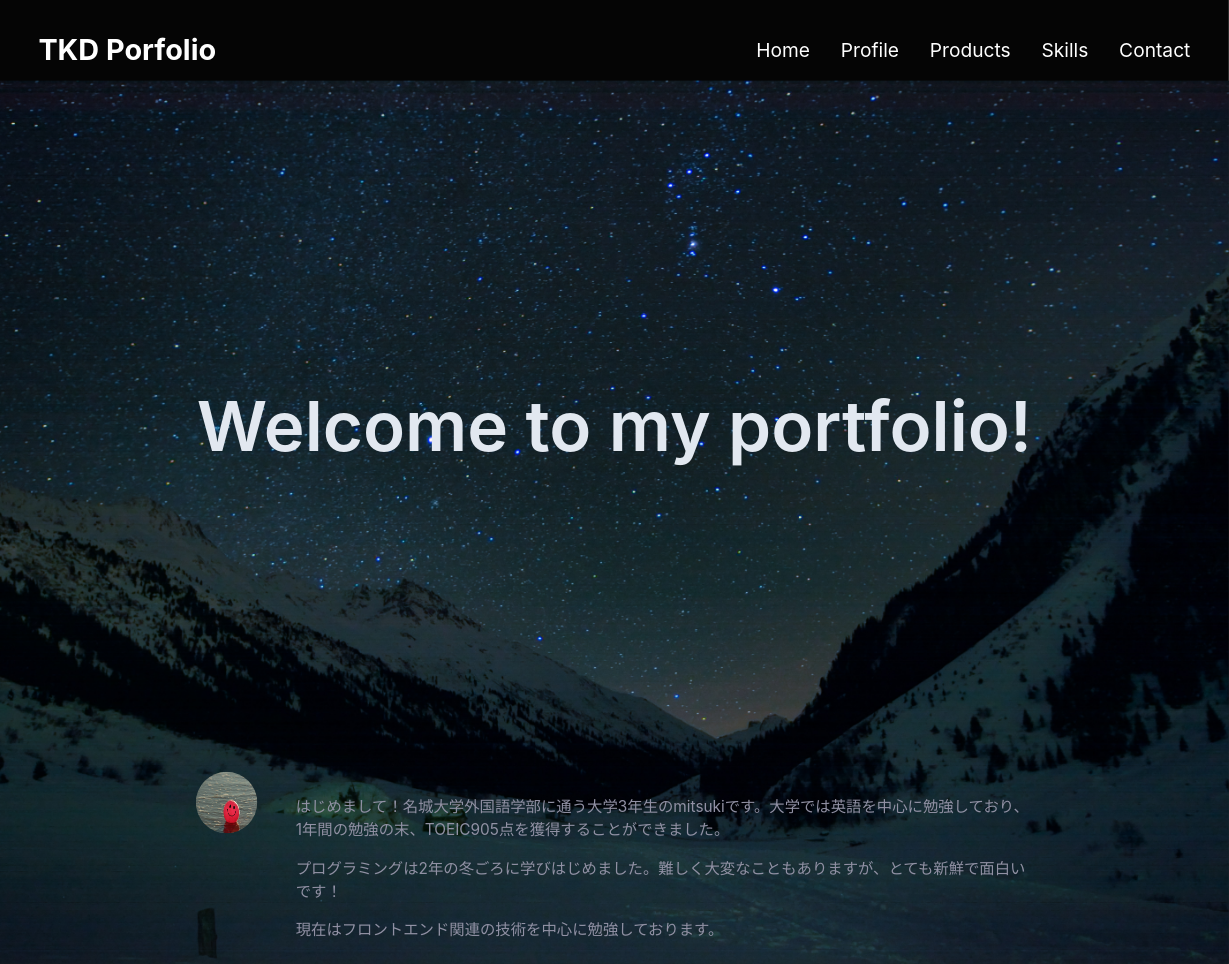
Repository: MitukiTakada/todo-aplication
Page: / (app in design/dev/react-tailwind/react-tailwind/)
An editor plug-in stored every save of this project. The page is shown before and after the next save, followed by the edit.
The browser window is 1280 px wide. The pictures show the whole page, at 96% of full size.
The project was rebuilt for these pictures with package versions that can differ from the ones it lists, and the page was loaded fresh each time. Also part of the build but not shown: design/dev/react-tailwind/react-tailwind/src/components/Contact.jsx, design/dev/react-tailwind/react-tailwind/src/components/Products.jsx, design/dev/react-tailwind/react-tailwind/src/components/Profile.jsx, design/dev/react-tailwind/react-tailwind/src/components/Skills.jsx.

Above is the page before, as saved 2022-11-19 14:59:23.

### design/dev/react-tailwind/react-tailwind/public/index.html
<!DOCTYPE html>
<html lang="en">
  <head>
    <meta charset="utf-8" />
    <link rel="icon" href="%PUBLIC_URL%/favicon.ico" />
    <meta name="viewport" content="width=device-width, initial-scale=1" />
    <meta name="theme-color" content="#000000" />
    <meta
      name="description"
      content="Web site created using create-react-app"
    />
    <link rel="apple-touch-icon" href="%PUBLIC_URL%/logo192.png" />
    <link rel ="stylesheet" href="https://cdnjs.cloudflare.com/ajax/libs/font-awesome/5.15.3/css/all.min.css">
    <!--
      manifest.json provides metadata used when your web app is installed on a
      user's mobile device or desktop. See https://developers.google.com/web/fundamentals/web-app-manifest/
    -->
    <link rel="manifest" href="%PUBLIC_URL%/manifest.json" />
    <!--
      Notice the use of %PUBLIC_URL% in the tags above.
      It will be replaced with the URL of the `public` folder during the build.
      Only files inside the `public` folder can be referenced from the HTML.

      Unlike "/favicon.ico" or "favicon.ico", "%PUBLIC_URL%/favicon.ico" will
      work correctly both with client-side routing and a non-root public URL.
      Learn how to configure a non-root public URL by running `npm run build`.
    -->
    <title>React App</title>
  </head>
  <body>
    <noscript>You need to enable JavaScript to run this app.</noscript>
    <div id="root"></div>
    <!--
      This HTML file is a template.
      If you open it directly in the browser, you will see an empty page.

      You can add webfonts, meta tags, or analytics to this file.
      The build step will place the bundled scripts into the <body> tag.

      To begin the development, run `npm start` or `yarn start`.
      To create a production bundle, use `npm run build` or `yarn build`.
    -->
  </body>
</html>

### design/dev/react-tailwind/react-tailwind/src/index.jsx
import React from 'react';
import ReactDOM from 'react-dom/client';
import './index.css';
import App from './App';
import reportWebVitals from './reportWebVitals';
import { BrowserRouter } from 'react-router-dom';
import { ChakraProvider } from '@chakra-ui/provider';

const root = ReactDOM.createRoot(document.getElementById('root'));
root.render(
  <React.StrictMode>
    <BrowserRouter>
        <ChakraProvider>
          <App />
        </ChakraProvider>
    </BrowserRouter>
  </React.StrictMode>
);

// If you want to start measuring performance in your app, pass a function
// to log results (for example: reportWebVitals(console.log))
// or send to an analytics endpoint. Learn more: https://bit.ly/CRA-vitals
reportWebVitals();

### design/dev/react-tailwind/react-tailwind/src/App.jsx
import { BrowserRouter, Routes, Route } from "react-router-dom";
import Contact from "./components/Contact";
import Header from "./components/Header";
import Home from "./components/Home";
import Products from "./components/Products";
import Profile from "./components/Profile";
import Skills from "./components/Skills";


function App() {
  return (
    <div className=" bg-body  text-white w-full sm:px-0 pt-5">
     <Header />
      <Routes>
        <Route path="/" element={<Home />}/>
        <Route path="/prfole" element={<Profile />}/>
        <Route path="products" element={<Products />}/>
        <Route path="/skills" element={<Skills />}/>
        <Route path="/contact" element={<Contact />}/>
      </Routes>
    </div>
  );
}

export default App;

### design/dev/react-tailwind/react-tailwind/src/components/Header.jsx
import React from 'react'
import { Link } from 'react-router-dom'
import "./output.css"
import Hamburger from './atoms/Hamburger'

const Header = () => {
  return (
    <header className="container flex justify-between  w-full items-center mr-0 relative h-16 px-10">
      <div>
        <h2 className="text-2xl font-bold md:text-3xl">TKD Porfolio</h2>
      </div>
      <nav className="flex space-x-8 text-xl ml-8 items-center hidden md:block">
        <Link to={"/"} className="link">Home</Link>
        <Link to={"/profile"} className="link">Profile</Link>
        <Link to={"/products"} className="link">Products</Link>
        <Link to={"/skills"} className="link">Skills</Link>
        <Link to={"/contact"} className="link">Contact</Link>
      </nav>
      <Hamburger className="md:hidden absolute right-3"/>
    </header>
  )
}

export default Header

### design/dev/react-tailwind/react-tailwind/src/components/Home.jsx
import React from 'react'
import mainImage from "../images/main-image.jpeg"
import "./Home.css";
import userImage from "../images/user.jpg"

const Home = () => {
  return (
    <div className="home ">
      <div className="items-center ">
        <h1 className=" font-semibold text-3xl 100v text-center text-slate-200 lg:text-7xl md:text-5xl">Welcome to my portfolio!</h1>
      </div>
      <div className="flex mx-auto px-24 space-x-10 justify-center">
        <img src={userImage} alt="" className="h-16 w-16 rounded-full"/>
        <div className="space-y-4 section-paragraph">
          <p>
            はじめまして！名城大学外国語学部に通う大学3年生のmitsukiです。大学では英語を中心に勉強しており、1年間の勉強の末、TOEIC905点を獲得することができました。
          </p>
          <p>
            プログラミングは2年の冬ごろに学びはじめました。難しく大変なこともありますが、とても新鮮で面白いです！
          </p>
          <p>
            現在はフロントエンド関連の技術を中心に勉強しております。
          </p>
          </div>
      </div>
    </div>
  )
}

export default Home

### design/dev/react-tailwind/react-tailwind/src/components/output.css
.link {
  @apply hover:text-purple-400 transition-all duration-300;
}
.drawer-link {
  @apply hover:text-purple-400 transition-all duration-300 text-xl block text-center my-3;
}
.contact-btn {
  @apply bg-purple-500 font-bold text-xl px-3 py-2 rounded border-none hover:bg-purple-800 duration-300 transition-all mt-10
}
.secondary-title {
  @apply text-3xl font-bold;
}
.secondary-title::before {
  content: "";
  @apply block w-12 h-2 bg-purple-400 rounded-full mb-1;
}

.section-paragraph {
  @apply text-secondary my-6 w-full max-w-3xl
}

.badge {
  @apply px-4 py-2 text-sm rounded bg-badge block
}

.send-btn {
  @apply bg-teal-400 font-bold text-xl px-3 py-2 rounded border-none hover:bg-teal-600 duration-300 transition-all mt-10
}

### design/dev/react-tailwind/react-tailwind/src/components/atoms/Hamburger.jsx
import React from 'react'
import {
  Drawer,
  DrawerBody,
  DrawerOverlay,
  DrawerContent,
  DrawerCloseButton,
  useDisclosure,
  Button
} from '@chakra-ui/react'
import { Link } from 'react-router-dom';
import { HamburgerIcon } from '@chakra-ui/icons';

const Hamburger = () => {
  const { isOpen, onOpen, onClose } = useDisclosure()
  return (
    <div className="md:hidden">
        <HamburgerIcon h={30} w={30} className="hover:text-purple-400 duration-300 transition-all cursor-pointer"
        onClick={onOpen}
        />
        <Drawer isOpen={isOpen} onClose={onClose} placement="left" size="xs">
          <DrawerOverlay>
            <DrawerContent>
              <DrawerBody className="w-2/5 bg-slate-200 h-full p-12">
                <div className="z-20 space-y-5 text-xl">
                  <Link to={"/"} className="link drawer-link">Home</Link>
                  <Link to={"/profile"} className="link drawer-link">Profile</Link>
                  <Link to={"/products"} className="link drawer-link">Products</Link>
                  <Link to={"/skills"} className="link drawer-link">Skills</Link>
                  <Link to={"/contact"} className="link drawer-link">Contact</Link>
                  <DrawerCloseButton className="text-white text-md  p-2 rounded mt-15 mx-auto bg-red-400 transition-all duration-300 hover:bg-red-700 ">閉じる</DrawerCloseButton>
                </div>
              </DrawerBody>
            </DrawerContent>
          </DrawerOverlay>
        </Drawer>
      </div>
  )
}

export default Hamburger

### design/dev/react-tailwind/react-tailwind/src/components/Home.css
.home {
  background-image: url(../images/mountain.jpeg);
  background-position: center;
  background-size: cover;
  height: 100%;
  width: 100%;
}

.home h1 {
  line-height: 100vh;
  align-items: center;
}

### design/dev/react-tailwind/react-tailwind/tailwind.config.js
/** @type {import('tailwindcss').Config} */
module.exports = {
  content: [
    "./src/**/*.{js,jsx,ts,tsx}",
  ],
  theme: {
    extend: {

      colors: {
        body: "#050505",
        secondary: "#9191A4",
        badge: "#3F3F51"
      },
      lineHeight: {
        "100v": "100vh"
      }
    },
  },
  plugins: [],
}

Loaded but not shown: design/dev/react-tailwind/react-tailwind/src/index.css (common file); design/dev/react-tailwind/react-tailwind/src/reportWebVitals.js (common file)

After the next save:
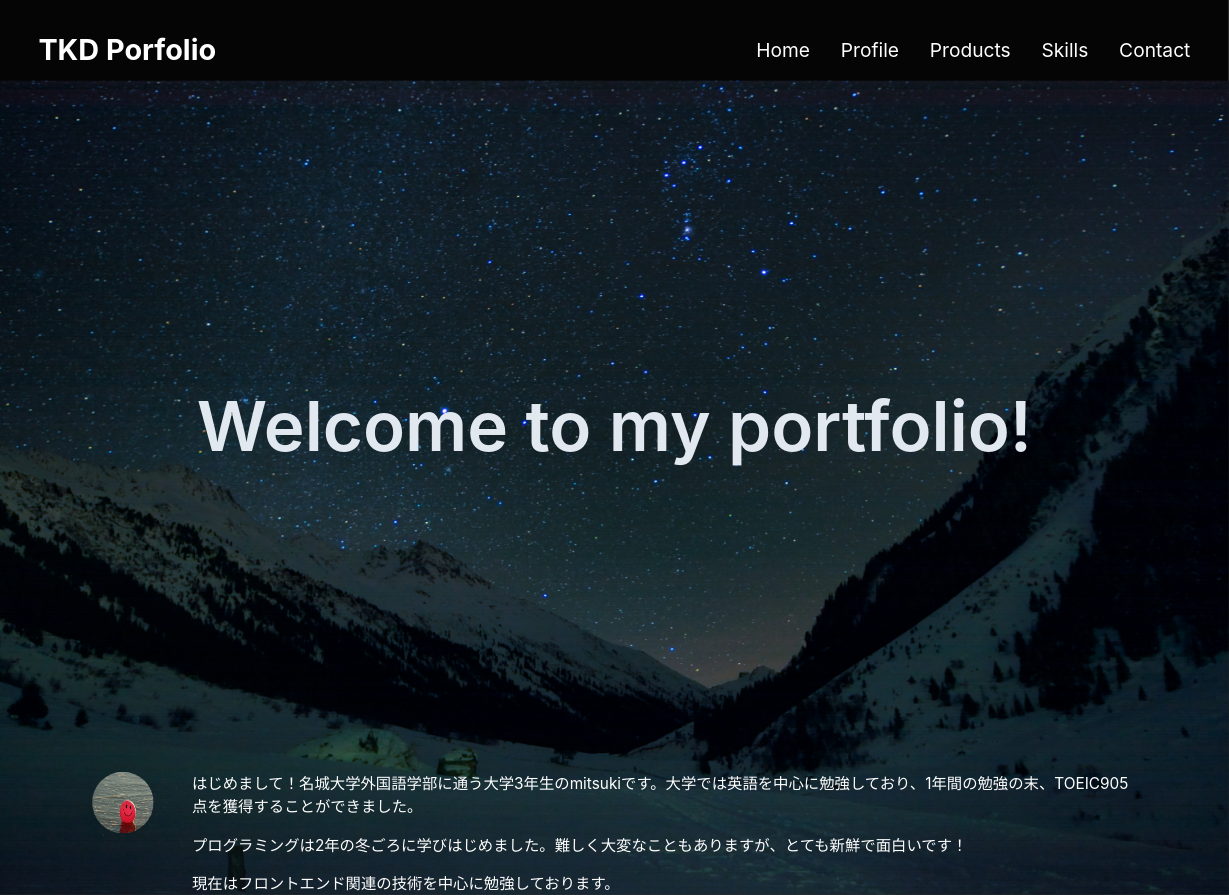
Saved 14 s later.
--- a/design/dev/react-tailwind/react-tailwind/src/components/Home.jsx
+++ b/design/dev/react-tailwind/react-tailwind/src/components/Home.jsx
@@ -11,7 +11,7 @@ const Home = () => {
       </div>
       <div className="flex mx-auto px-24 space-x-10 justify-center">
         <img src={userImage} alt="" className="h-16 w-16 rounded-full"/>
-        <div className="space-y-4 section-paragraph">
+        <div className="space-y-4 ">
           <p>
             はじめまして！名城大学外国語学部に通う大学3年生のmitsukiです。大学では英語を中心に勉強しており、1年間の勉強の末、TOEIC905点を獲得することができました。
           </p>
